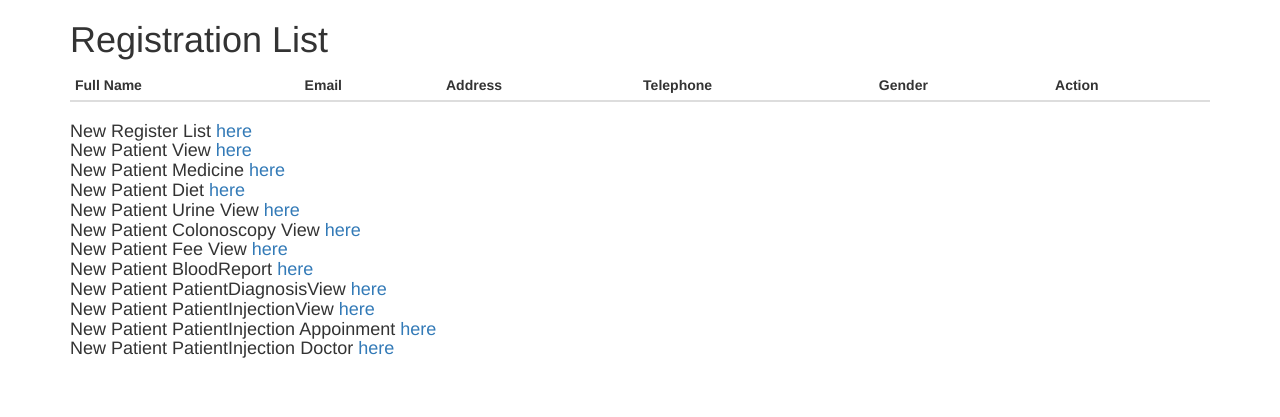
Repository: SACHINnANYAKKARA/2nd_Year_final_Project
Page: http://localhost/SpringMVCHibernateCRUD/WEB-INF/pages/home.jsp
An editor plug-in stored every save of this project. The page is shown before and after the next save, followed by the edit.
The browser window is 1280 px wide. The pictures show the whole page.
The page is served by Tomcat 9. Nobody is signed in. The template is opened directly, without the code that normally fills it, so the values that code supplies are empty.

Above is the page before, as saved 2018-04-07 06:53:23.

After the next save:
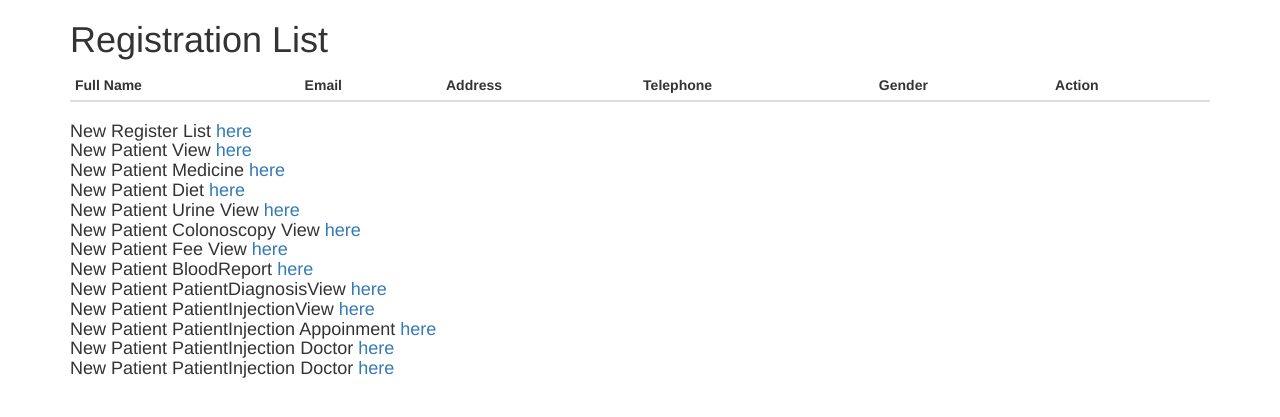
Saved 2 min 51 s later.
--- a/SpringMVCHibernateCRUD/src/main/webapp/WEB-INF/pages/home.jsp
+++ b/SpringMVCHibernateCRUD/src/main/webapp/WEB-INF/pages/home.jsp
@@ -75,6 +75,8 @@
 			New Patient PatientInjection Appoinment <a href="AppoinmentView">here</a>
 			<br>
 			New Patient PatientInjection Doctor <a href="DoctorView">here</a>
+			<br>
+			New Patient PatientInjection Doctor <a href="RoomView">here</a>
 
 
 
